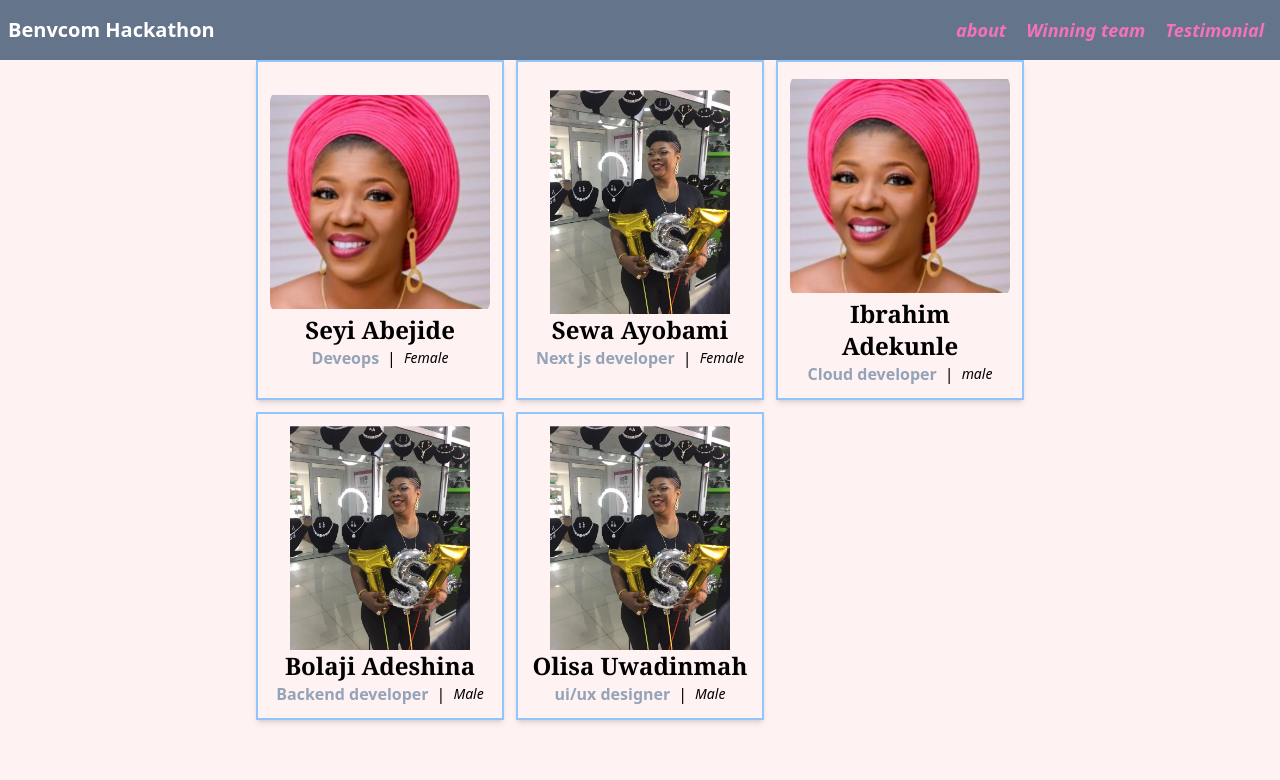
Repository: Semanmernstack/Bincom
Page: /
These files come from the project's save history. The page is drawn as it stood at one moment and after the next save; the edit follows.
The browser window is 1280 px wide. The pictures show the whole page.
The project was rebuilt for these pictures with package versions that can differ from the ones it lists, and the page was loaded fresh each time. The framework's server and built-in components were replaced by stand-ins that run in the browser. Also part of the build but not shown: next.config.mjs.

Above is the page before, as saved 2024-01-25 09:42:30.

### app/layout.tsx
import type { Metadata } from "next";
import { Inter } from "next/font/google";
import "./globals.css";
import Nav from "./components/Nav";

const inter = Inter({ subsets: ["latin"] });

export const metadata: Metadata = {
  title: "Create Next App",
  description: "Generated by create next app",
};

export default function RootLayout({
  children,
}: Readonly<{
  children: React.ReactNode;
}>) {
  return (
    <html lang="en">
      <body className=" ">
        <Nav/>
        {children}
      </body>
    </html>
  );
}

### app/page.tsx
import Hacthon from "./components/Hacthon";




export default function Home() {
  return (
    <main className="bg-red-50 min-h-screen">
      <Hacthon/>
    </main>

  );
}

### app/components/Nav.tsx
"use client"
import Link from 'next/link'
import { usePathname } from 'next/navigation'
import React from 'react'
const Linkk = [
    {
        href: "/about",
        title: "about"
    },
    {
        href: "/winner",
        title: "Winning team"
    },
    {
        href: "/testimony",
        title: "Testimonial",
    },
]

function Nav() {
    const pathname = usePathname()
  return (
    <div className=' flex items-center justify-between   bg-slate-500 p-2 shadow-lg'>
        <div>
            <h1 className='text-xl text-white font-extrabold'> Benvcom Hackathon  </h1>
        </div>
        <div className='flex gap-1 '>
            {Linkk.map((d, i) => (
            <div className='' key={i}>
                {pathname === d.href ? (
                <Link href={d.href} className='text-xs sm:text-lg text-pink-800 font-bold animate-pulse'>
                    {d.title}
                </Link>


                ):(
                    <Link href= {d.href }
                    className="flex   p-2 gap-1 italic sm:font-semibold hover:border rounded-lg text-pink-400   dark:text-white text-xs sm:text-lg font-bold transition duration-100  "
                    >
                        {d.title}
                    </Link>

                )}
            </div>

        ))}

        </div>





</div>
  )
}

export default Nav

### app/components/Hacthon.tsx
import React from 'react'
import slidefour from "../public/slidefour.png"


import slidethree from "../public/slidethree.png"
import SetUp from "../components/SetUp";


const data = [
  {
    id: "1",
    title: "Seyi Abejide",
    image:"slidefour.png",
    role: "Deveops",
    gender: "Female",

  },
  {
    id: "2",
    title: "Sewa Ayobami",
    image: "slidethree.png",
    role: "Next js developer",
    gender: "Female"

  },
  {
    id: "3",
    title: "Ibrahim Adekunle",
    image:"slidefour.png",
    role: "Cloud developer",
    gender: "male",

  },
  {
    id: "4",
    title: "Bolaji Adeshina",
    image: "slidethree.png",
    role: "Backend developer",
    gender: "Male",

  },
  {
    id: "5",
    title: "Olisa Uwadinmah",
    image: "slidethree.png",
    role: "ui/ux designer",
    gender: "Male",

  },


];

function Hacthon() {
  return (
    <main className=" flex flex-col max-w-3xl mx-auto ">
      <div className="grid grid-cols-1 sm:grid-cols-2 md:grid-cols-3 gap-3">
          {data.map((p, index)=> (
              <div className=" border-2 border-blue-300 shadow-md items-center justify-center flex" key={index}>
                <SetUp
                  id={p.id}
                  title={p.title}
                  image={p.image}
                  role={p.role}
                  gender= {p.gender}
                />
              </div>

          ))}


      </div>



    </main>
  )
}

export default Hacthon

### app/components/SetUp.tsx
import React from 'react'
interface B {
    id: string
    title: string
    image: string
    role: string
    gender: string
}


function SetUp({id, title, image, role, gender}:B) {
  return (
    <div className=' p-3 '>
      <img src={image} alt="image" className='h-56 w-56 rounded-xl  object-contain' />
      <div className='flex flex-col items-center justify-between'>
        <h1 className='font-bold text-center font-serif textt-xl md:text-2xl'>{title}</h1>
        <div className='flex items-center justify-between gap-2'>
          <h2 className='font-bold text-slate-400 '>{role}</h2>
          <h2>|</h2>
          <h2 className='text-xs sm:text-sm italic'>{gender}</h2>
        </div>

        <div>

        </div>

      </div>

    </div>
  )
}

export default SetUp

Loaded but not shown: app/globals.css (common file); tailwind.config.ts (common file)

After the next save:
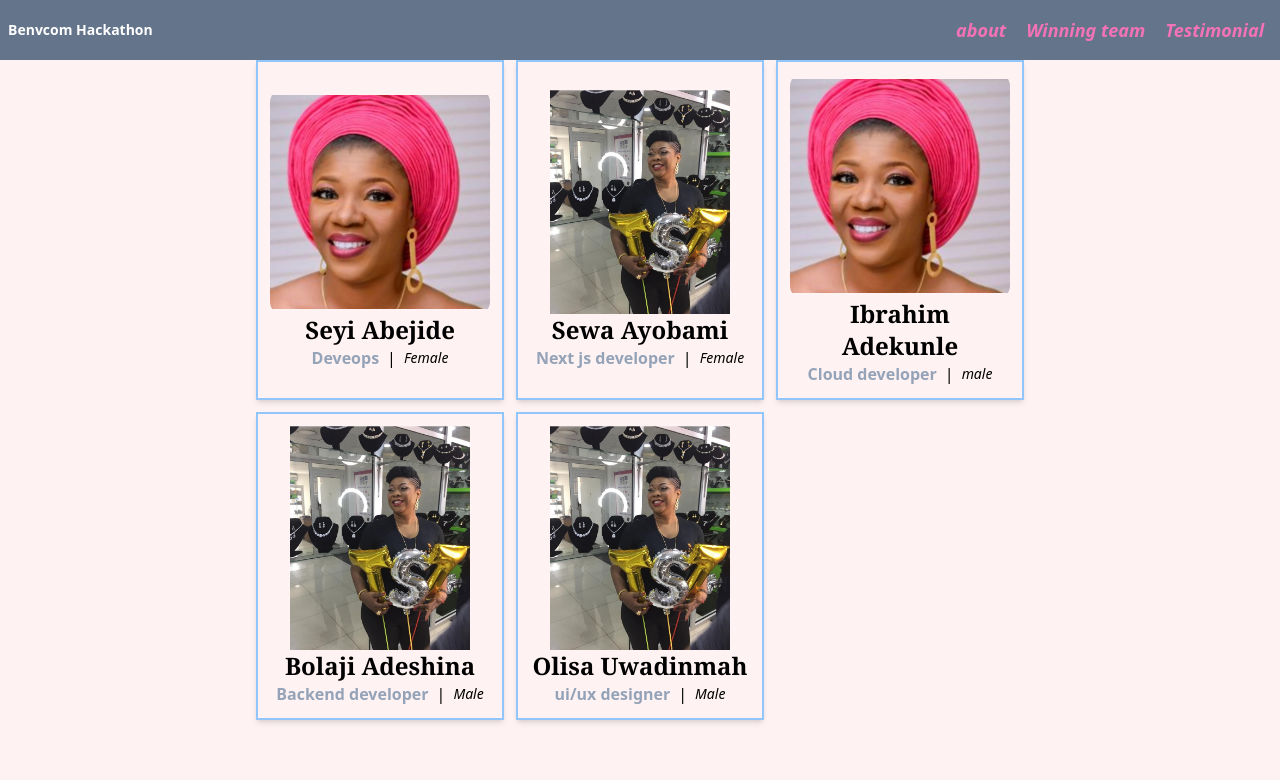
Saved 17 s later.
--- a/app/components/Nav.tsx
+++ b/app/components/Nav.tsx
@@ -22,7 +22,7 @@
   return (
     <div className=' flex items-center justify-between   bg-slate-500 p-2 shadow-lg'>
         <div>
-            <h1 className='text-xl text-white font-extrabold'> Benvcom Hackathon  </h1>
+            <h1 className='text-sm text-white font-extrabold'> Benvcom Hackathon  </h1>
         </div>
         <div className='flex gap-1 '>
             {Linkk.map((d, i) => (

After the save that followed:
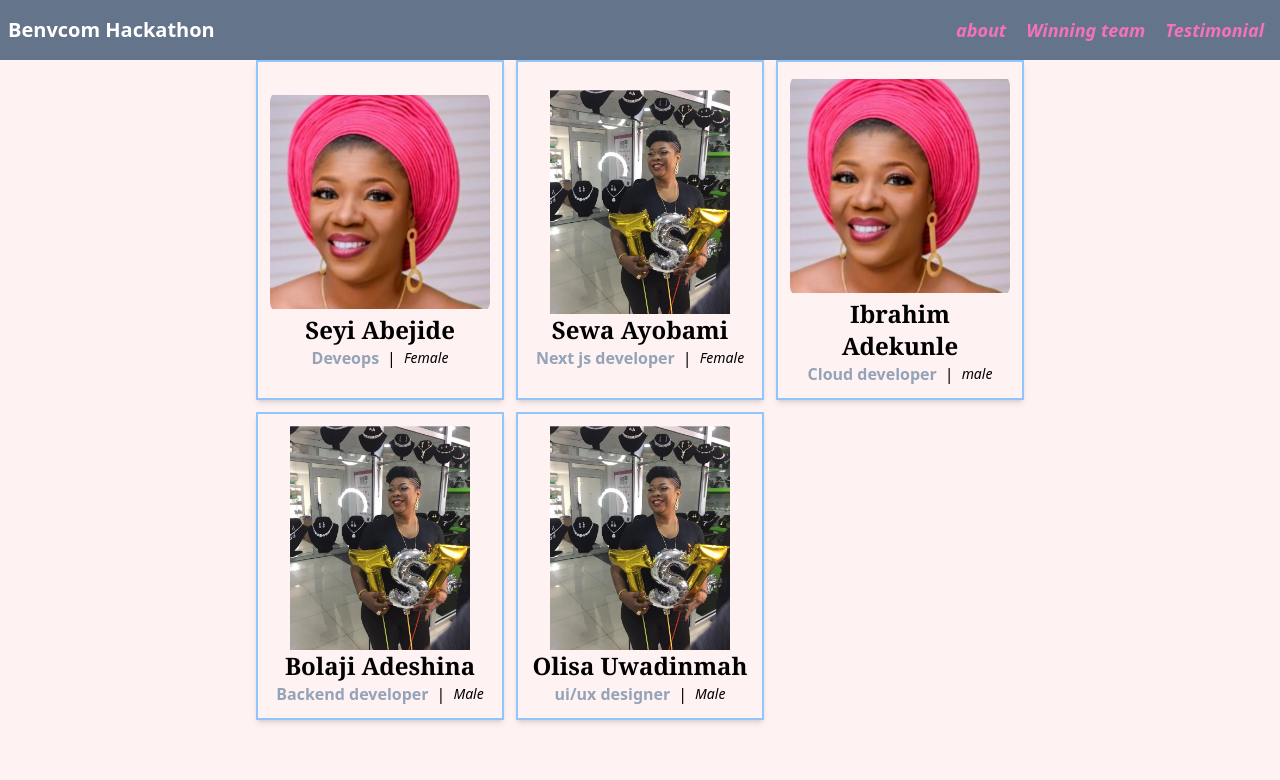
Saved 8 s later.
--- a/app/components/Nav.tsx
+++ b/app/components/Nav.tsx
@@ -22,7 +22,7 @@
   return (
     <div className=' flex items-center justify-between   bg-slate-500 p-2 shadow-lg'>
         <div>
-            <h1 className='text-sm text-white font-extrabold'> Benvcom Hackathon  </h1>
+            <h1 className='text-xl text-white font-extrabold'> Benvcom Hackathon  </h1>
         </div>
         <div className='flex gap-1 '>
             {Linkk.map((d, i) => (
